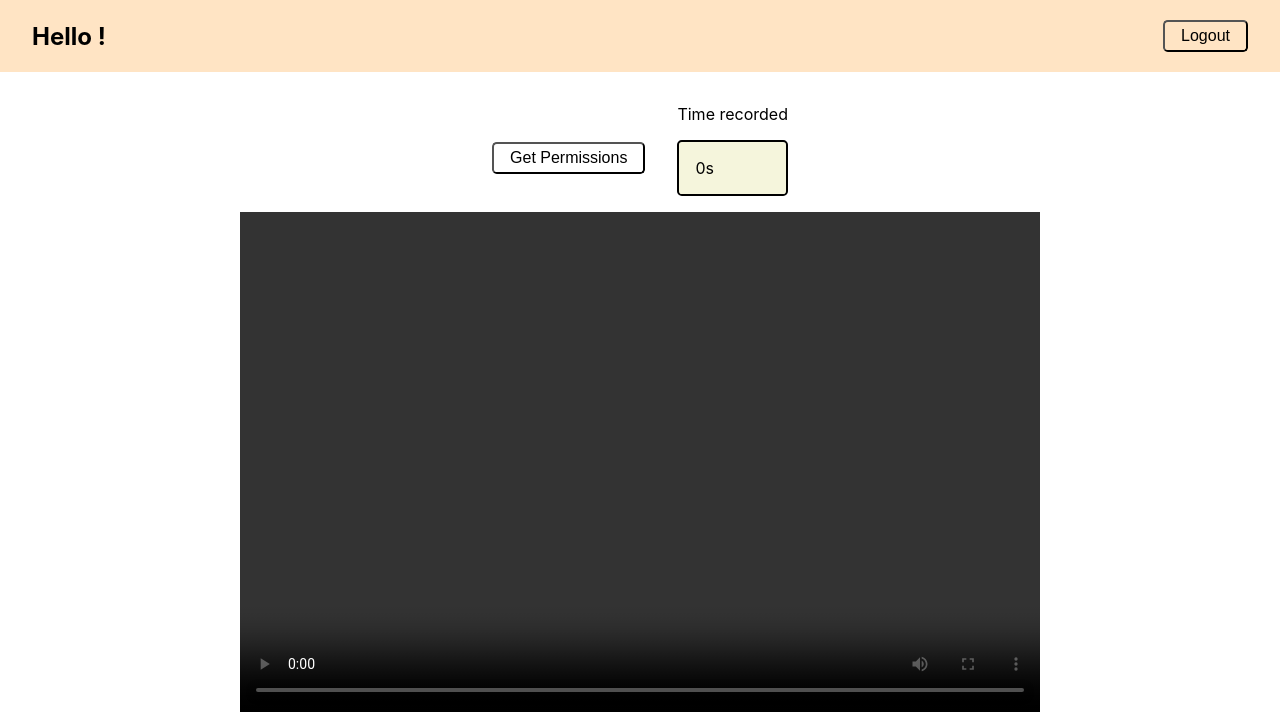
Repository: drumsmanku/test-1
Page: /recording (app in client/)
These files come from the project's save history. The page is drawn as it stood at one moment and after the next save; the edit follows.
The browser window is 1280 px wide. The pictures show the whole page.
The project was rebuilt for these pictures with package versions that can differ from the ones it lists, and the page was loaded fresh each time. Also part of the build but not shown: client/src/App.css, client/src/Components/Login/Login.module.css, client/src/Components/Login/Login.js, client/src/Components/Register/Register.module.css, client/src/Components/Register/Register.js.

Above is the page before, as saved 2023-08-31 20:19:53.

### client/src/App.js
import './App.css';
import {BrowserRouter as Router, Route, Routes} from 'react-router-dom';
import Login from './Components/Login/Login';
import Register from './Components/Register/Register';
import Recording from './Components/Recording/Recording';

function App() {
  return (
    <div className="App">
      <Router>
        <Routes>
          <Route path='/' element={<Login/>}/>
          <Route path='/register' element={<Register/>}/>
          <Route path='/recording' element={<Recording/>}/>
        </Routes>
      </Router>
    </div>
  );
}

export default App;

### client/src/Components/Recording/Recording.js
import React from 'react';
import styles from './Recording.module.css';
import { useState, useEffect, useRef } from 'react';
import { useNavigate } from 'react-router-dom';
import axios from 'axios';

function Recording() {
  const [existingUser, setExistingUser]=useState(localStorage.getItem('user'))
  const navigate=useNavigate();
  const handleLogout=()=>{
    localStorage.removeItem('token');
    localStorage.removeItem('user');
    navigate('/')
  }
  const [startButton, setStartButton] = useState(false);
  const [mediaRecorder, setMediaRecorder] = useState(null);
  const chunksRef = useRef([]);
  const [secondsRecorded, setSecondsRecorded] = useState(0);
  const [progress, setProgress] = useState(0);
  let intervalId = useRef(null);


  const handlePermissions = async () => {
    try {
      const stream = await navigator.mediaDevices.getUserMedia({ audio: true, video: true });

      setStartButton(true);

      const newMediaRecorder = new MediaRecorder(stream);
      newMediaRecorder.ondataavailable = (evt) => {
        chunksRef.current.push(evt.data);
      };
      setMediaRecorder(newMediaRecorder);

      // POST request to start recording
      await axios.post('http://localhost:4000/recording/start', {
        videoPermission: true,
        audioPermission: true
      });
    } catch (error) {
      console.error('Error during getting permissions', error);
    }
  };

  const startRecording = () => {
    // stop any existing interval
    if (intervalId.current) { // check if interval already exists
      clearInterval(intervalId.current); // if so, clear it
    }

    mediaRecorder.start();
    intervalId.current = setInterval(() => {
      setProgress((prevProgress) => prevProgress + 1);
    }, 1000);
  };


  const stopRecording = async () => {
    if (mediaRecorder) {
        mediaRecorder.stop();
        mediaRecorder.stream.getTracks().forEach(track => track.stop());

        clearInterval(intervalId.current); // clear the interval
        setProgress(0);

        await axios.post('http://localhost:4000/recording/stop');

        const blob = new Blob(chunksRef.current, { type: 'video/webm' });
        const url = URL.createObjectURL(blob);

        const videoElement = document.getElementById('videoPlayback');
        videoElement.src = url;
        chunksRef.current = [];
        setStartButton(false);
    }
};




  return (
    <div className={styles.container}>
      <div className={styles.navbar}>
        <h2 style={{marginLeft:'2rem'}}>Hello {existingUser} ! </h2>
        <div><button className={styles.button} onClick={handleLogout}>Logout</button></div>
      </div>
      <div className={styles.bottomBody}>
        <button className={styles.button} onClick={handlePermissions}>Get Permissions</button>
        {startButton &&
          <div>
            <button className={styles.button} onClick={startRecording}>Start Recording</button>
            <button className={styles.button} onClick={stopRecording}>Stop Recording</button>
          </div>
        }
        <div>
          Time recorded
         <p style={{backgroundColor:'beige', borderRadius:'0.3rem', border:'2px solid black', padding:'1rem'}}>{progress}s</p>
        </div>

      </div>
      <video height={500} width={800} id="videoPlayback" controls autoplay></video>

    </div>
  )
}

export default Recording

### client/src/Components/Recording/Recording.module.css
.container{
  height: 100vh;
  width: 100%;
  display: flex;
  flex-direction: column;
  align-items: center;
}
.navbar{
  height: 10%;
  width: 100%;
  background-color: bisque;
  display: flex;
  justify-content: space-between;
  align-items: center;
  margin-bottom: 2rem;
}
.bottomBody{
  display: flex;
  justify-content: center;
  width: 100%;
  align-items: center;
}
.button{
  background: none;
  border-radius: 0.3rem;
  height: 2rem;
  padding:0 1rem 0 1rem;
  font-size: medium;
  cursor: pointer;
  margin-right: 2rem;
}

Loaded but not shown: client/public/index.html (common file); client/src/index.js (common file); client/src/index.css (common file)

After the next save:
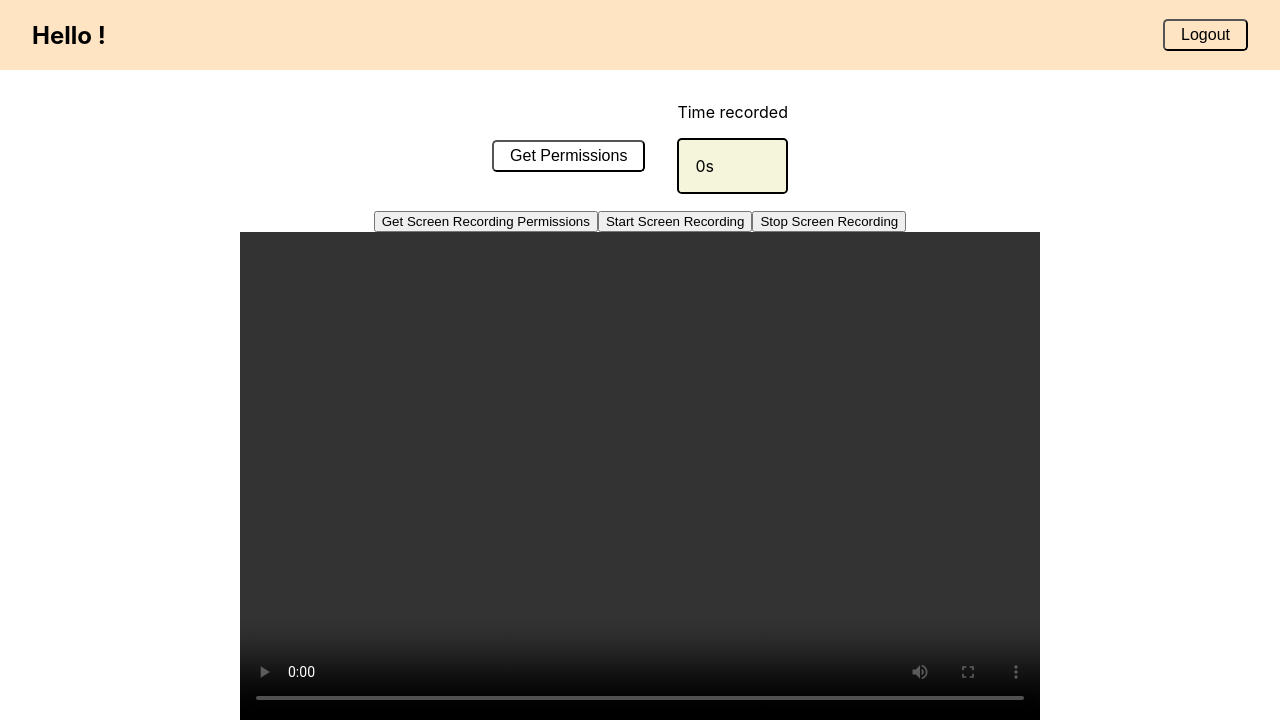
Saved 54 min 48 s later.
--- a/client/src/Components/Recording/Recording.js
+++ b/client/src/Components/Recording/Recording.js
@@ -17,6 +17,7 @@ function Recording() {
   const chunksRef = useRef([]);
   const [secondsRecorded, setSecondsRecorded] = useState(0);
   const [progress, setProgress] = useState(0);
+  const [screenMediaRecorder, setScreenMediaRecorder] = useState(null);
   let intervalId = useRef(null);
 
 
@@ -60,7 +61,7 @@ function Recording() {
         mediaRecorder.stop();
         mediaRecorder.stream.getTracks().forEach(track => track.stop());
 
-        clearInterval(intervalId.current); // clear the interval
+        clearInterval(intervalId.current);
         setProgress(0);
 
         await axios.post('http://localhost:4000/recording/stop');
@@ -74,34 +75,96 @@ function Recording() {
         setStartButton(false);
     }
 };
+const handleScreenPermissions = async () => {
+  try {
+    const screenStream = await navigator.mediaDevices.getDisplayMedia({ video: true });
 
+    const newScreenMediaRecorder = new MediaRecorder(screenStream);
+    newScreenMediaRecorder.ondataavailable = (evt) => {
+      chunksRef.current.push(evt.data);
+    };
+    setScreenMediaRecorder(newScreenMediaRecorder);
+  } catch (error) {
+    console.error('Error during getting screen permissions', error);
+  }
+};
+
+const startScreenRecording = () => {
+  if (screenMediaRecorder) {
+    screenMediaRecorder.start();
+  }
+};
+
+const stopScreenRecording = async () => {
+  if (screenMediaRecorder) {
+      screenMediaRecorder.stop();
+      screenMediaRecorder.stream.getTracks().forEach(track => track.stop());
+
+      const blob = new Blob(chunksRef.current, { type: 'video/webm' });
+      const url = URL.createObjectURL(blob);
+
+      const videoElement = document.getElementById('videoPlayback');
+      videoElement.src = url;
+      chunksRef.current = [];
+  }
+};
 
 
 
   return (
     <div className={styles.container}>
       <div className={styles.navbar}>
-        <h2 style={{marginLeft:'2rem'}}>Hello {existingUser} ! </h2>
-        <div><button className={styles.button} onClick={handleLogout}>Logout</button></div>
+        <h2 style={{ marginLeft: "2rem" }}>Hello {existingUser} ! </h2>
+        <div>
+          <button className={styles.button} onClick={handleLogout}>
+            Logout
+          </button>
+        </div>
       </div>
       <div className={styles.bottomBody}>
-        <button className={styles.button} onClick={handlePermissions}>Get Permissions</button>
-        {startButton &&
+        <button className={styles.button} onClick={handlePermissions}>
+          Get Permissions
+        </button>
+        {startButton && (
           <div>
-            <button className={styles.button} onClick={startRecording}>Start Recording</button>
-            <button className={styles.button} onClick={stopRecording}>Stop Recording</button>
+            <button className={styles.button} onClick={startRecording}>
+              Start Recording
+            </button>
+            <button className={styles.button} onClick={stopRecording}>
+              Stop Recording
+            </button>
           </div>
-        }
+        )}
         <div>
           Time recorded
-         <p style={{backgroundColor:'beige', borderRadius:'0.3rem', border:'2px solid black', padding:'1rem'}}>{progress}s</p>
+          <p
+            style={{
+              backgroundColor: "beige",
+              borderRadius: "0.3rem",
+              border: "2px solid black",
+              padding: "1rem",
+            }}
+          >
+            {progress}s
+          </p>
         </div>
-
       </div>
-      <video height={500} width={800} id="videoPlayback" controls autoplay></video>
-
+      <div>
+        <button onClick={handleScreenPermissions}>
+          Get Screen Recording Permissions
+        </button>
+        <button onClick={startScreenRecording}>Start Screen Recording</button>
+        <button onClick={stopScreenRecording}>Stop Screen Recording</button>
+      </div>
+      <video
+        height={500}
+        width={800}
+        id="videoPlayback"
+        controls
+        autoplay
+      ></video>
     </div>
-  )
+  );
 }
 
 export default Recording
